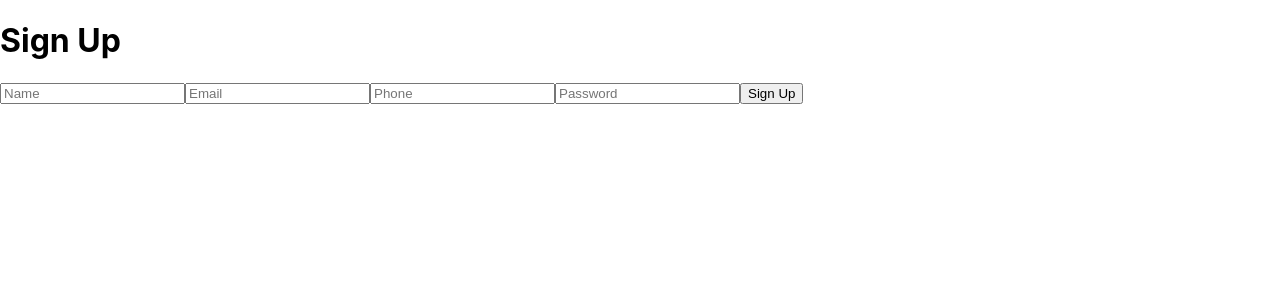
Repository: makanda596/system
Page: /signup (app in client/)
These files come from the project's save history. The page is drawn as it stood at one moment and after the next save; the edit follows.
The browser window is 1280 px wide. The pictures show the whole page.
The project was rebuilt for these pictures with package versions that can differ from the ones it lists, and the page was loaded fresh each time. Also part of the build but not shown: client/src/Home.jsx, client/src/LoginForm.jsx. Imported but missing from the stored project, and not drawn on this page: client/src/reportWebVitals.

Above is the page before, as saved 2024-12-02 18:43:34.

### client/src/App.js
import React from 'react';
import { BrowserRouter as Router, Route, Routes } from 'react-router-dom';
import Home from './Home.jsx'
import SignUpForm from './SignUpForm.jsx'
import LoginForm from './LoginForm.jsx'
function App() {
  return (
    <Router>
      <Routes>
        <Route path="/signup" element={<SignUpForm />} />
        <Route path="/login" element={<LoginForm />} />
        <Route path="/home" element={<Home />} />
      </Routes>
    </Router>
  );
}

export default App;

### client/src/SignUpForm.jsx
import React, { useState } from 'react';
import axios from 'axios';

function SignUpForm() {
    const [formData, setFormData] = useState({
        name: '',
        email: '',
        phone: '',
        year: '',
        password: ''
    });

    const [message, setMessage] = useState(''); // For success or error messages
    const [isError, setIsError] = useState(false); // To track error state

    const handleChange = (e) => {
        setFormData({ ...formData, [e.target.name]: e.target.value });
    };

    const handleSubmit = async (e) => {
        e.preventDefault();
        try {
            const response = await axios.post('http://localhost:5000/signup', formData);
            setIsError(false);
            setMessage(response.data.message); // Display success message
            setFormData({ name: '', email: '', phone: '', year: '', password: '' }); // Clear form
        } catch (error) {
            setIsError(true);
            setMessage(error.response?.data?.message || 'An error occurred. Please try again.');
        }
    };

    return (
        <div>
            <h1>Sign Up</h1>
            <form onSubmit={handleSubmit}>
                <input
                    type="text"
                    name="name"
                    value={formData.name}
                    onChange={handleChange}
                    placeholder="Name"
                    required
                />
                <input
                    type="email"
                    name="email"
                    value={formData.email}
                    onChange={handleChange}
                    placeholder="Email"
                    required
                />
                <input
                    type="text"
                    name="phone"
                    value={formData.phone}
                    onChange={handleChange}
                    placeholder="Phone"
                    required
                />
                <input
                    type="password"
                    name="password"
                    value={formData.password}
                    onChange={handleChange}
                    placeholder="Password"
                    required
                />
                <button type="submit">Sign Up</button>
            </form>
            {message && (
                <p style={{ color: isError ? 'red' : 'green' }}>{message}</p> // Display success or error message
            )}
        </div>
    );
}

export default SignUpForm;

Loaded but not shown: client/src/index.js (common file); client/src/index.css (common file)

After the next save:
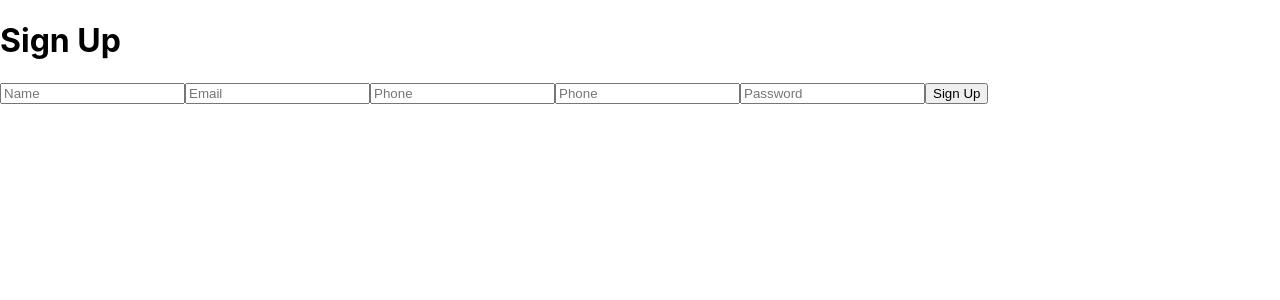
Saved 52 s later.
--- a/client/src/SignUpForm.jsx
+++ b/client/src/SignUpForm.jsx
@@ -6,7 +6,7 @@ function SignUpForm() {
         name: '',
         email: '',
         phone: '',
-        year: '',
+        roonNumber: '',
         password: ''
     });
 
@@ -23,7 +23,7 @@ function SignUpForm() {
             const response = await axios.post('http://localhost:5000/signup', formData);
             setIsError(false);
             setMessage(response.data.message); // Display success message
-            setFormData({ name: '', email: '', phone: '', year: '', password: '' }); // Clear form
+            setFormData({ name: '', email: '', phone: '', roonNumber: '', password: '' }); // Clear form
         } catch (error) {
             setIsError(true);
             setMessage(error.response?.data?.message || 'An error occurred. Please try again.');
@@ -59,6 +59,14 @@ function SignUpForm() {
                     required
                 />
                 <input
+                    type="text"
+                    name="roonNumber"
+                    value={formData.roonNumber}
+                    onChange={handleChange}
+                    placeholder="Phone"
+                    required
+                />
+                <input
                     type="password"
                     name="password"
                     value={formData.password}
